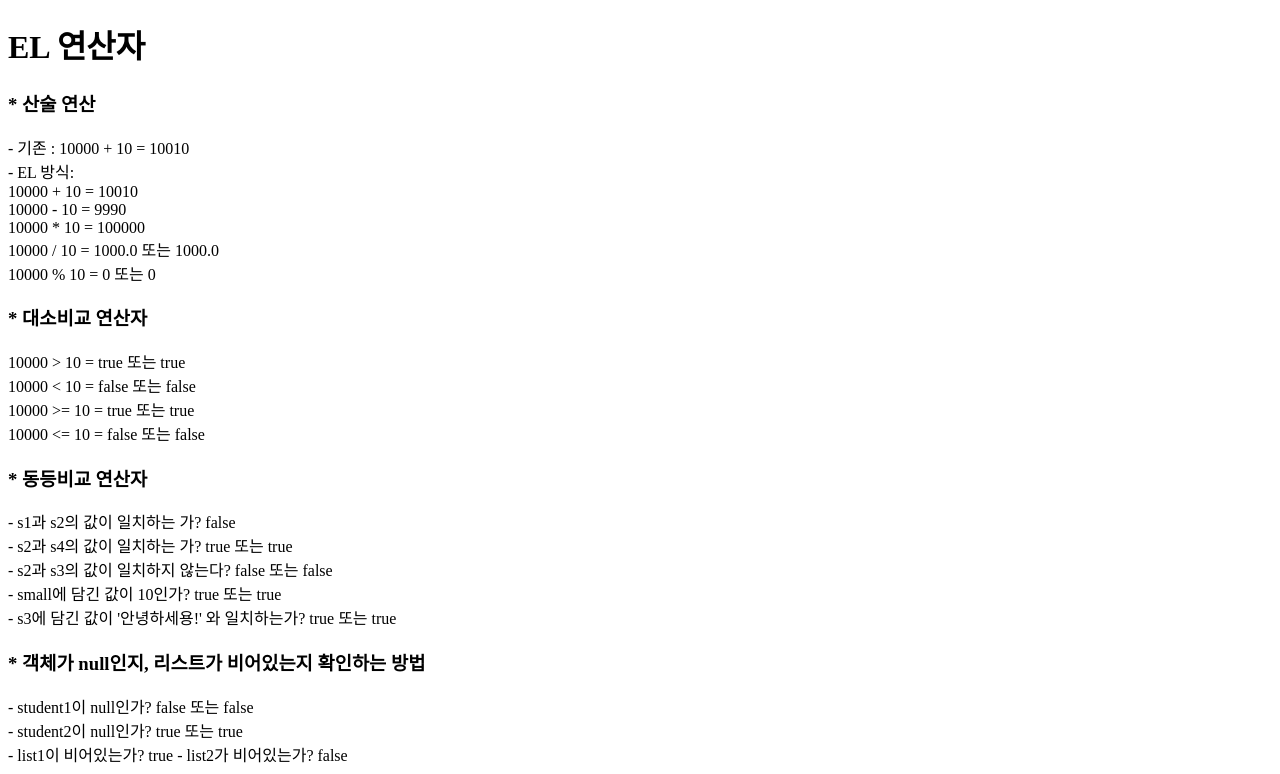
Repository: yoonseo0832/workspace
Page: http://localhost/2_jsp/operator.do
The author's editor kept a copy of each file at every save. The page is drawn from the files as they stood at one save, then again after the next save.
The browser window is 1280 px wide. The pictures show the whole page.
The page is served by Tomcat 9. Other server files are loaded and not shown.

Above is the page before, as saved 2025-03-21 01:17:14.

### 05_server/2_jsp/src/main/webapp/views/2_EL/2_elOperator.jsp
<%@ page language="java" contentType="text/html; charset=UTF-8"
    pageEncoding="UTF-8"%>
<!DOCTYPE html>
<html>
<head>
<meta charset="UTF-8">
<title>EL 연산자</title>
</head>
<body>
	<h1>EL 연산자</h1>

	<h3>* 산술 연산</h3>
	- 기존 : 10000 + 10 =
	<!-- 형변환해야 함 정수타입으로 int, 서블릿에 만들어놓은 변수를 가지고 올때 request.getAttribute()  -->
	<%= (int)request.getAttribute("big") + (int)request.getAttribute("small") %>
	<br>
	- EL 방식: <br>
	10000 + 10 = ${big + small}<br>
	10000 - 10 = ${big - small}<br>
	10000 * 10 = ${big * small}<br>
	<!-- 연산 기호가 아닌 연산자도 있음 -->
	10000 / 10 = ${big / small} 또는 ${big div small }<br>
	10000 % 10 = ${big % small} 또는 ${big mod small }<br>

	<h3>* 대소비교 연산자</h3>
	10000 &gt; 10 = ${big > small} 또는 ${big gt small } <!-- 결과: true --><br>
	10000 &lt; 10 = ${big < small} 또는 ${big lt small }	<!-- 결과: false --><br>
	10000 &gt;= 10 = ${big >= small} 또는 ${big ge small }	<!-- 결과: true --><br>
	10000 &lt;= 10 = ${big <= small} 또는 ${big le small }	<!-- 결과: false -->

	<h3>* 동등비교 연산자</h3>
	- s1과 s2의 값이 일치하는 가? ${s1 == s2 }<br>
	- s2과 s4의 값이 일치하는 가? ${s2 == s4 } 또는 ${s2 eq s4 }<br>
	<%-- EL에서는 문자열에 대한 동등비교가 자바에서의 equals와 같이 동작함 --%>

	- s2과 s3의 값이 일치하지 않는다? ${s2 != s4 } 또는 ${s2 ne s4 }<br>
	<%--리터럴값 값 자체와도 비교 가능 --%>
	- small에 담긴 값이 10인가? ${small ==10 } 또는 ${small eq 10 }<br>

	- s3에 담긴 값이 '안녕하세용!' 와 일치하는가? ${s3 == '안녕하세용!'} 또는 ${s3 eq '안녕하세용!'}<br>
	<%--EL 에서는 문자열 리터럴 표현 시 작은따옴표, 큰따옴표 상관없이 사용 가능 --%>

	<h3>* 객체가 null인지, 리스트가 비어있는지 확인하는 방법</h3>
	- student1이 null인가? ${student1 ==null } 또는 ${student1 eq null}<br>
	- student2이 null인가? ${student2 ==null } 또는 ${empty student2}<br>

	- list1이 비어있는가? ${ empty list1}
	- list2가 비어있는가? ${ empty list2}
</body>
</html>

### 05_server/2_jsp/src/main/java/controller/OperatorServlet.java
package controller;

import java.io.IOException;
import java.util.ArrayList;

import javax.servlet.ServletException;
import javax.servlet.annotation.WebServlet;
import javax.servlet.http.HttpServlet;
import javax.servlet.http.HttpServletRequest;
import javax.servlet.http.HttpServletResponse;
import model.vo.Student;

/**
 * Servlet implementation class OperatorServlet
 */
@WebServlet("/operator.do")
public class OperatorServlet extends HttpServlet {
	private static final long serialVersionUID = 1L;

    /**
     * @see HttpServlet#HttpServlet()
     */
    public OperatorServlet() {
        super();
        // TODO Auto-generated constructor stub
    }

	/**
	 * @see HttpServlet#doGet(HttpServletRequest request, HttpServletResponse response)
	 */
	protected void doGet(HttpServletRequest request, HttpServletResponse response) throws ServletException, IOException {
		// TODO Auto-generated method stub
		request.setAttribute("big", 10000);
		request.setAttribute("small", 10);

		request.setAttribute("s1", "졸리다");
		request.setAttribute("s2", "");
		request.setAttribute("s3", "안녕하세용!");
		request.setAttribute("s4", "");
		request.setAttribute("student1", new Student("신지수", 24, "여자"));

		request.setAttribute("student2", null);
		ArrayList<String> list1 = new ArrayList<>();
		request.setAttribute("list1", list1);

		ArrayList<String> list2 = new ArrayList<>();
		list2.add("빵빵이");
		list2.add("옥지");
		request.setAttribute("list2", list2);

		// 2__elOperator.jsp 페이지로 응답하기(포워딩)
		request.getRequestDispatcher("/views/2_EL/2_elOperator.jsp").forward(request, response);
	}

	/**
	 * @see HttpServlet#doPost(HttpServletRequest request, HttpServletResponse response)
	 */
	protected void doPost(HttpServletRequest request, HttpServletResponse response) throws ServletException, IOException {
		// TODO Auto-generated method stub
		doGet(request, response);
	}

}

### 05_server/2_jsp/src/main/java/model/vo/Student.java
package model.vo;

public class Student {
	private String name;
	private int age;
	private String gender;

	public Student() {
		super();
	}

	public Student(String name, int age, String gender) {
		this.name = name;
		this.age = age;
		this.gender = gender;
	}

	public String getName() {
		return name;
	}

	public void setName(String name) {
		this.name = name;
	}

	public int getAge() {
		return age;
	}

	public void setAge(int age) {
		this.age = age;
	}

	public String getGender() {
		return gender;
	}

	public void setGender(String gender) {
		this.gender = gender;
	}

	@Override
	public String toString() {
		return "Student [name=" + name + ", age=" + age + ", gender=" + gender + "]";
	}

}

After the next save:
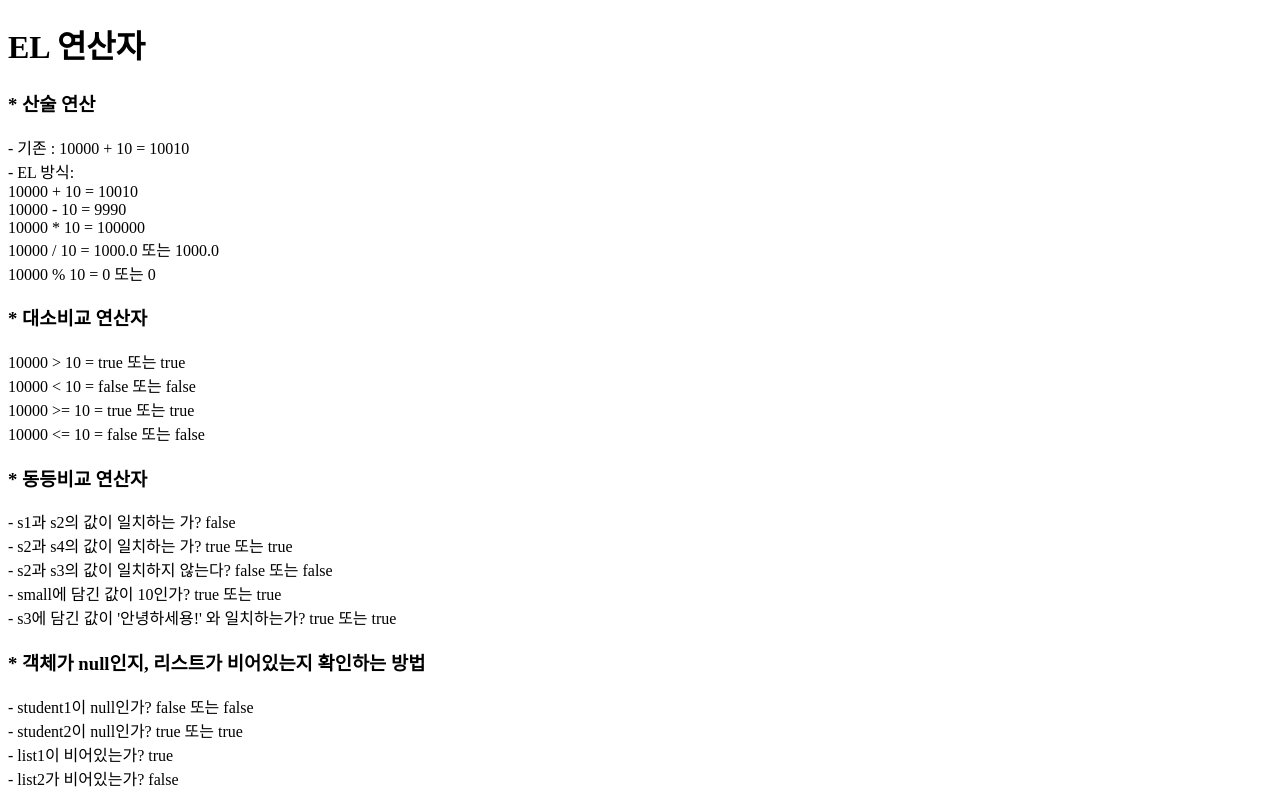
Saved 7 s later.
--- a/05_server/2_jsp/src/main/webapp/views/2_EL/2_elOperator.jsp
+++ b/05_server/2_jsp/src/main/webapp/views/2_EL/2_elOperator.jsp
@@ -44,7 +44,7 @@
 	- student1이 null인가? ${student1 ==null } 또는 ${student1 eq null}<br>
 	- student2이 null인가? ${student2 ==null } 또는 ${empty student2}<br>
 
-	- list1이 비어있는가? ${ empty list1}
-	- list2가 비어있는가? ${ empty list2}
+	- list1이 비어있는가? ${ empty list1}<br>
+	- list2가 비어있는가? ${ empty list2}<br>
 </body>
 </html>
